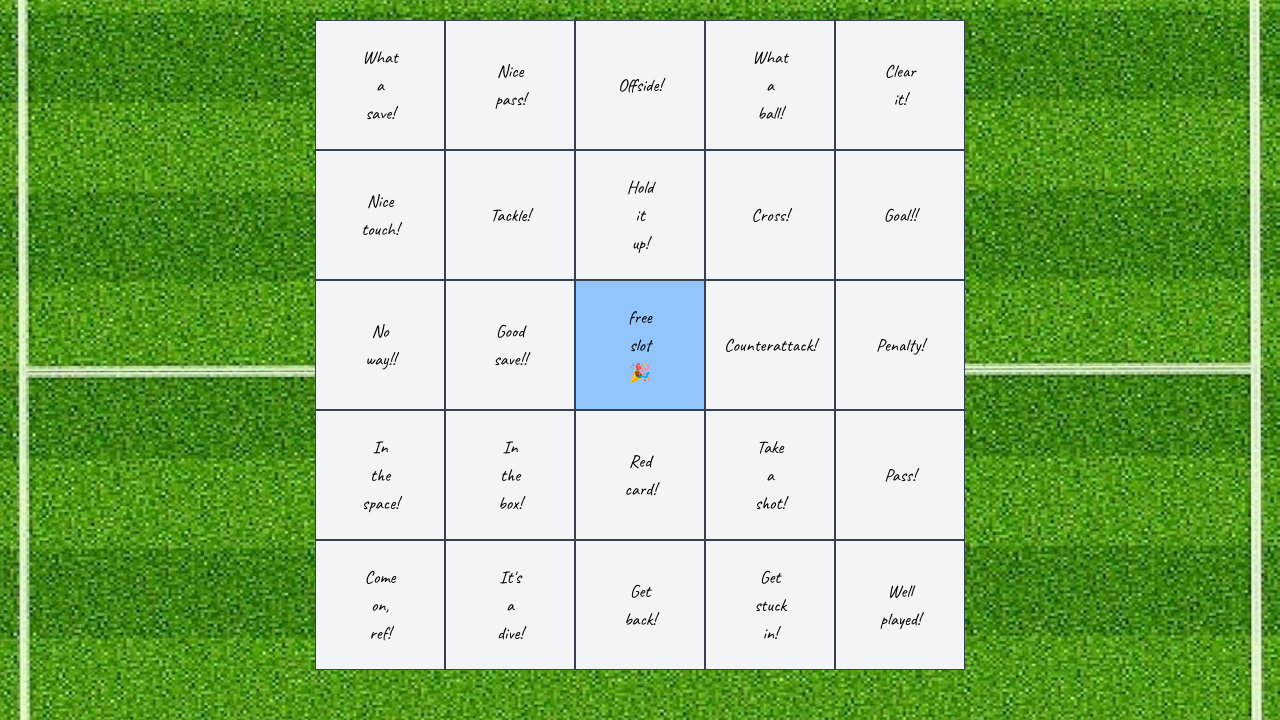
Repository: yassirbn/football-bingo
Page: /
These files come from the project's save history. The page is drawn as it stood at one moment and after the next save; the edit follows.
The browser window is 1280 px wide. The pictures show the whole page.
The project was rebuilt for these pictures with package versions that can differ from the ones it lists, and the page was loaded fresh each time.

Above is the page before, as saved 2024-11-27 13:49:15.

After the next save:
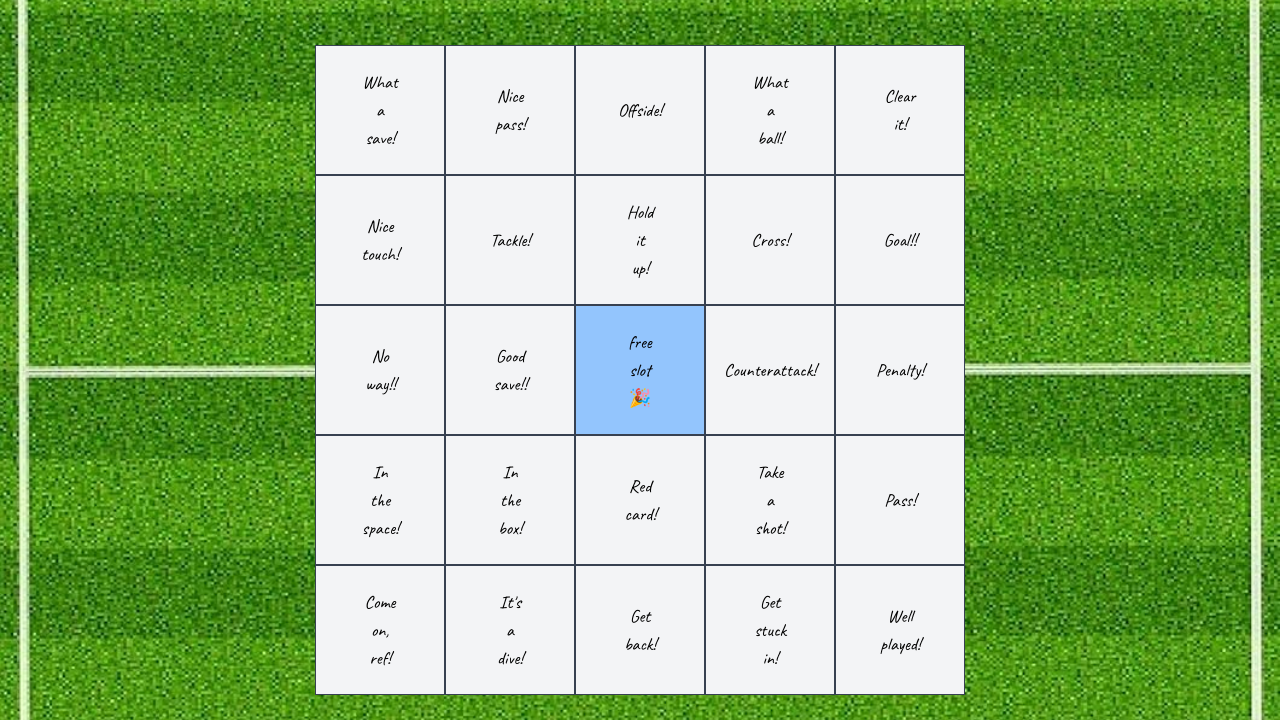
Saved 95 s later.
--- a/src/component/BingoGrid/BingoGrid.js
+++ b/src/component/BingoGrid/BingoGrid.js
@@ -60,7 +60,7 @@ const BingoGrid = ({ words }) => {
   };
 
   return (
-    <div className="relative h-screen overflow-hidden">
+    <div className="relative h-screen overflow-hidden contents">
       {/* Fireworks Animation */}
       {bingo && (
         <div className="absolute inset-0 z-20 flex justify-center items-center pointer-events-none">
